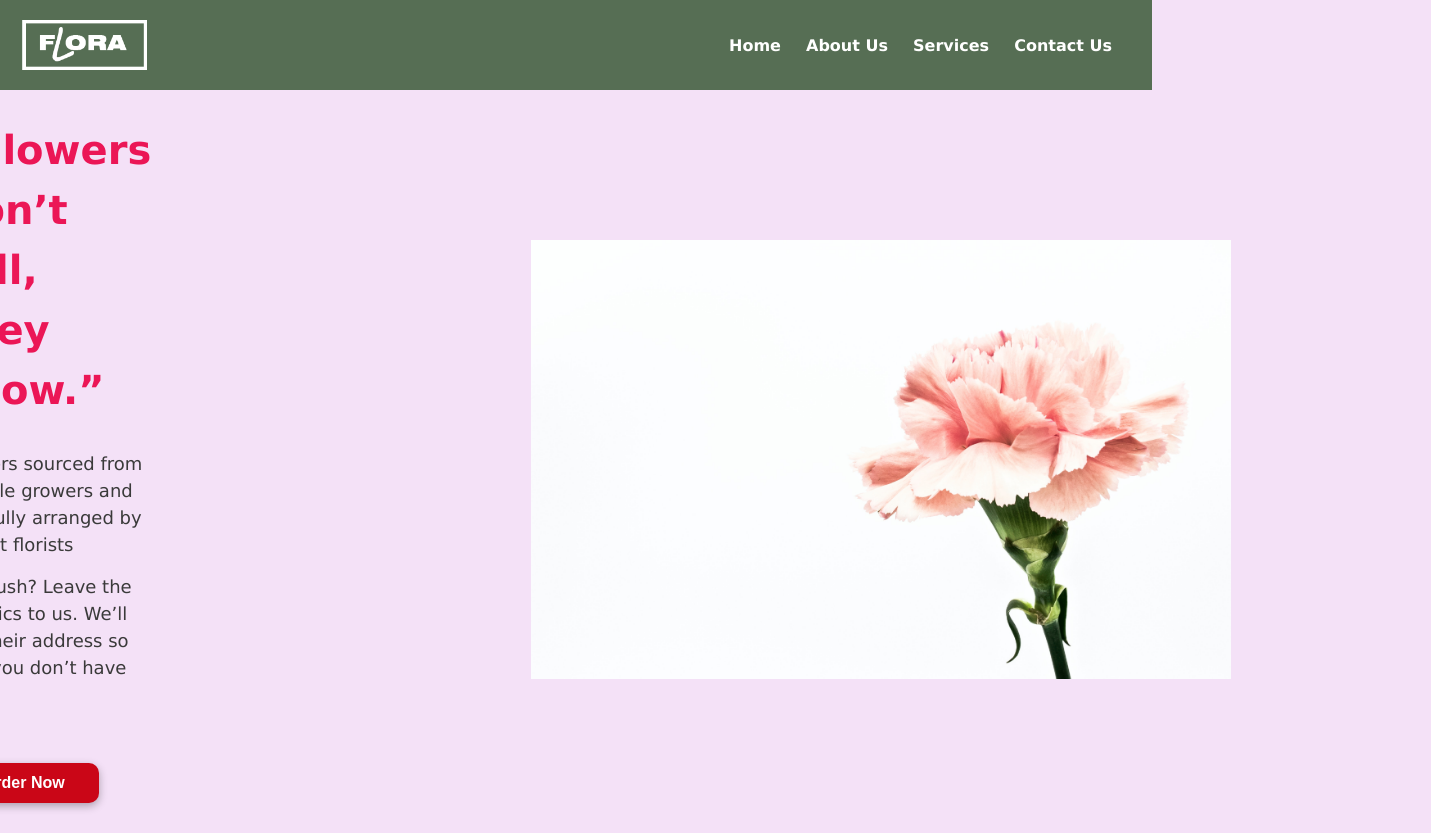
Repository: SaadYasin/test003-flex-box
Page: index.html
The author's editor kept a copy of each file at every save. The page is drawn from the files as they stood at one save, then again after the next save.
The browser window is 1280 px wide. The page is 1431 px wide, so the pictures cover 1431 px, including what lies to the right of the window. The pictures show the whole page.

Above is the page before, as saved 2022-10-30 12:50:23.

After the next save:
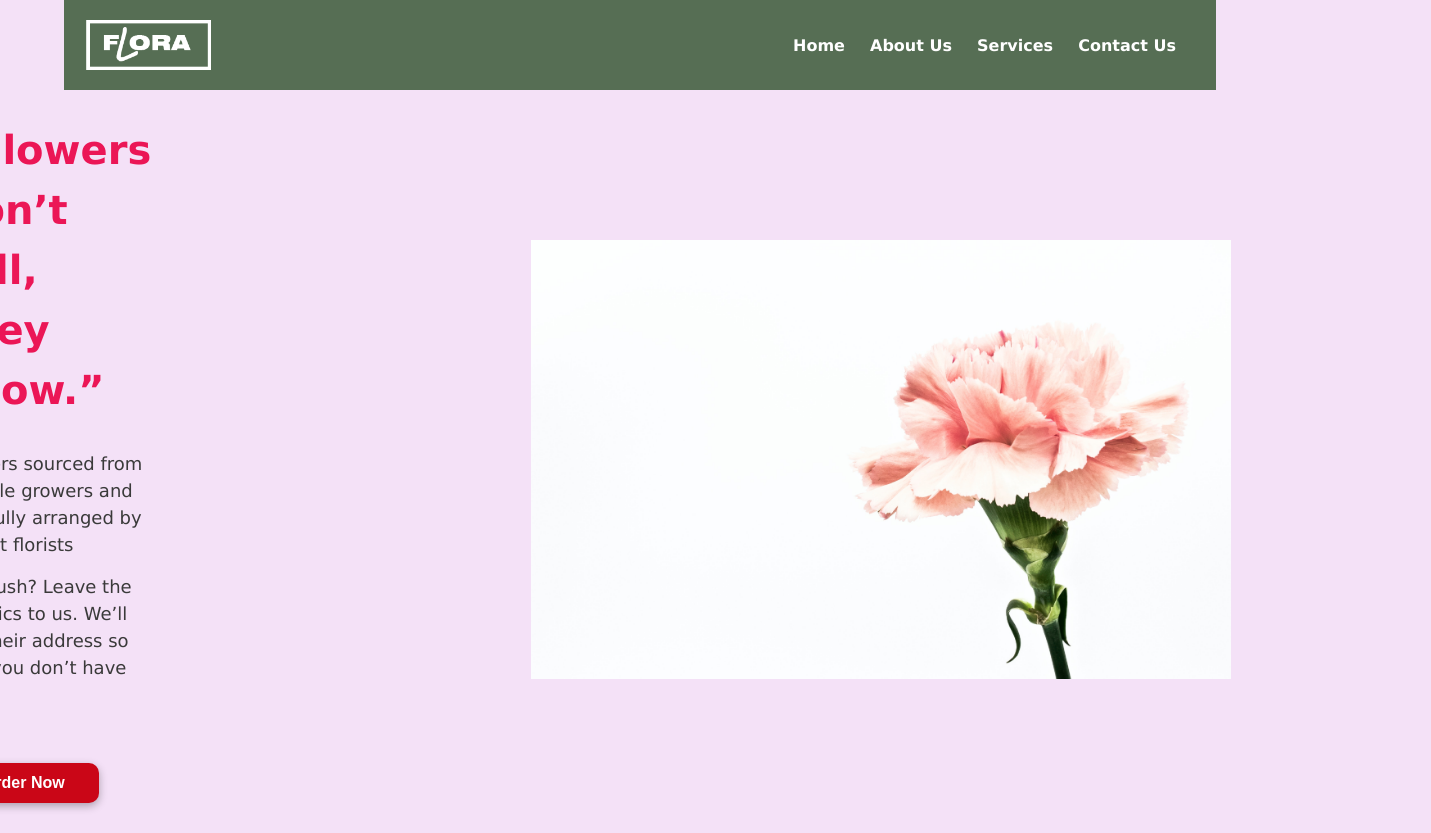
Saved 4 s later.
--- a/styles.css
+++ b/styles.css
@@ -17,7 +17,7 @@ body {
   background: rgb(86, 110, 84);
   height: 90px;
   padding: 20px;
-  margin: ;
+  margin: 0 auto;
 }
 
 .logo {
